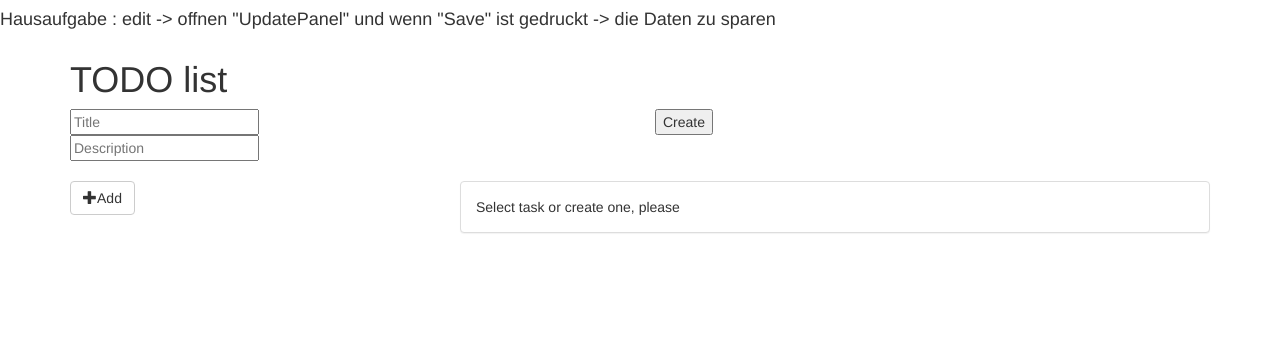
Repository: 3phase/my-ip-2015-2016
Page: 04_SampleAjax/WebContent/index.html
The author's editor kept a copy of each file at every save. The page is drawn from the files as they stood at one save, then again after a run of saves.
The browser window is 1280 px wide. The pictures show the whole page.
The page's requests for data from a server got no answer.

Above is the page before, as saved 2015-12-18 16:36:14.

After the next 2 saves:
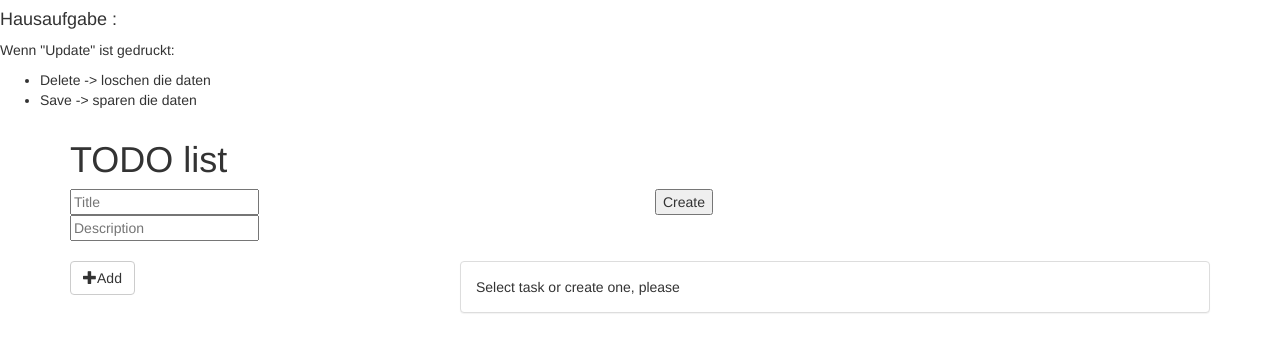
The 2 saves are shown as one change because they came seconds apart.
The last was saved 85 s later.
--- a/04_SampleAjax/WebContent/index.html
+++ b/04_SampleAjax/WebContent/index.html
@@ -7,7 +7,12 @@
 		<link rel="stylesheet" href="libs/bootstrap-3.3.6-dist/css/bootstrap.css" />
 	</head>
 	<body>
-	<h4>Hausaufgabe : edit -> offnen "UpdatePanel" und wenn "Save" ist gedruckt -> die Daten zu sparen</h4>
+	<h4>Hausaufgabe : </h4>
+	<p>Wenn "Update" ist gedruckt:</p>
+	<ul>
+		<li>Delete -> loschen die daten</li>
+		<li>Save -> sparen die daten</li>
+	</ul>
 		<div class="container">
 			<h1>TODO list</h1>
 			<div class="row">
